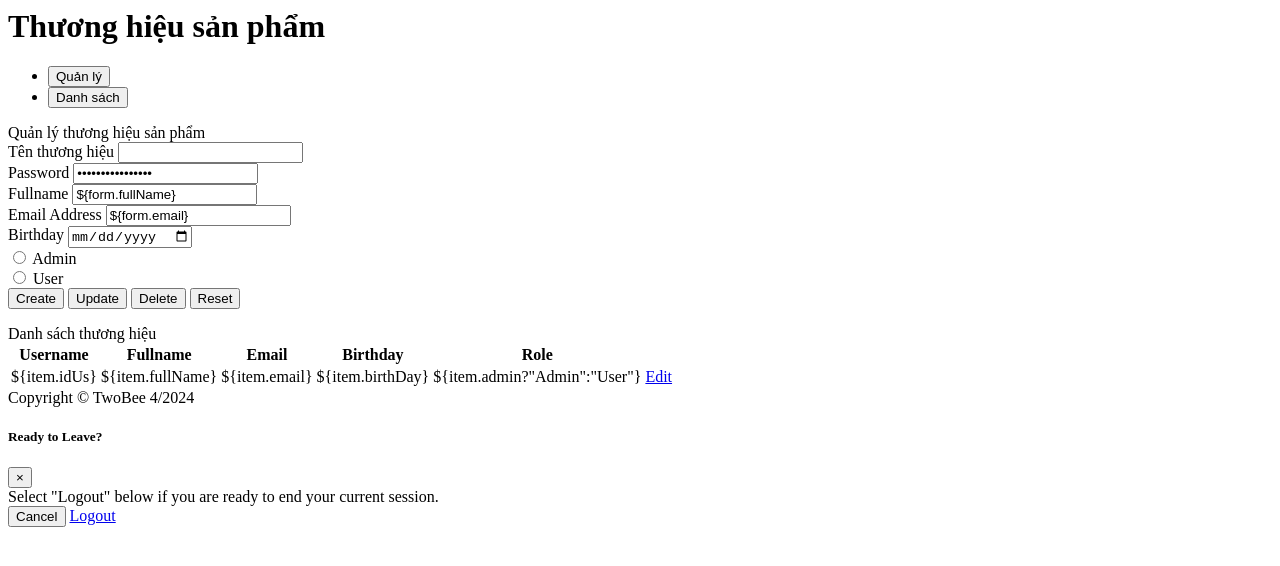
Repository: tuandh111/Java-6-asm
Page: Front-end/Java6_asm_/templates/admin/brands.html
An editor plug-in stored every save of this project. The page is shown before and after the next save, followed by the edit.
The browser window is 1280 px wide. The pictures show the whole page.

Above is the page before, as saved 2024-03-31 10:56:25.

After the next save:
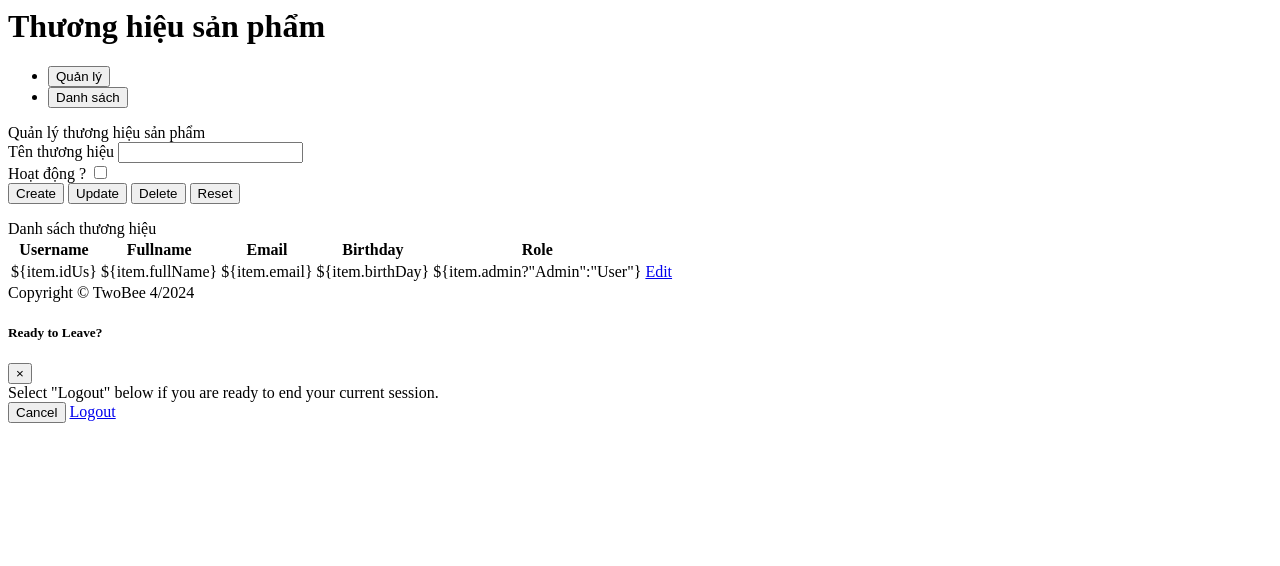
Saved 2 min 35 s later.
--- a/Front-end/Java6_asm_/templates/admin/brands.html
+++ b/Front-end/Java6_asm_/templates/admin/brands.html
@@ -64,50 +64,11 @@
                                             </div>
                                             <div class="col-lg-6">
                                                 <div class="form-outline mb-4">
-                                                    <label class="form-label"
-                                                        for="manageBrandsModalPass">Password</label>
-                                                    <input type="password" id="manageBrandsModalPass"
-                                                        class="form-control" name="passWord" value="${form.passWord}"
-                                                        required>
-                                                </div>
-                                            </div>
-                                            <div class="col-lg-6">
-                                                <div class="form-outline mb-4">
-                                                    <label class="form-label"
-                                                        for="manageBrandsModalFullname">Fullname</label>
-                                                    <input type="text" id="manageBrandsModalFullname" name="fullName"
-                                                        value="${form.fullName}" class="form-control" required>
-                                                </div>
-                                            </div>
-                                            <div class="col-lg-6">
-                                                <div class="form-outline mb-4">
-                                                    <label class="form-label" for="manageBrandsModalEmail">Email
-                                                        Address</label> <input type="email" id="manageBrandsModalEmail"
-                                                        class="form-control" name="email" value="${form.email}"
-                                                        required>
-                                                </div>
-                                            </div>
-
-                                            <div class="form-outline mb-4">
-                                                <label class="form-label" for="manageBrandsModalEmail">Birthday</label>
-                                                <input type="date" id="registerModalDate" class="form-control"
-                                                    name="birthDay" value="${form.birthDay}" required>
-                                            </div>
-
-                                            <div class="col-lg-12 d-flex flex-row justify-content-center">
-                                                <div class="form-check m-4">
-                                                    <input class="form-check-input" type="radio" name="admin"
-                                                        value="true" id="flexCheckDefaultAdmin"
-                                                        ${form.admin?'checked':''}> <label class="form-check-label"
-                                                        for="flexCheckDefaultAdmin">
-                                                        Admin </label>
-                                                </div>
-                                                <div class="form-check m-4">
-                                                    <input class="form-check-input" type="radio" name="admin"
-                                                        value="false" id="flexCheckDefaultUser"
-                                                        ${form.admin?'':'checked'}> <label class="form-check-label"
-                                                        for="flexCheckDefaultUser">
-                                                        User </label>
+                                                    <label class="form-label" for="manageBrandsModalIsActive">Hoạt động
+                                                        ?</label>
+                                                    <input type="checkbox" id="manageBrandsModalIsActive"
+                                                        class="form-control" ng-model="isActive" ng-value=""
+                                                        class="form-control">
                                                 </div>
                                             </div>
                                         </div>
